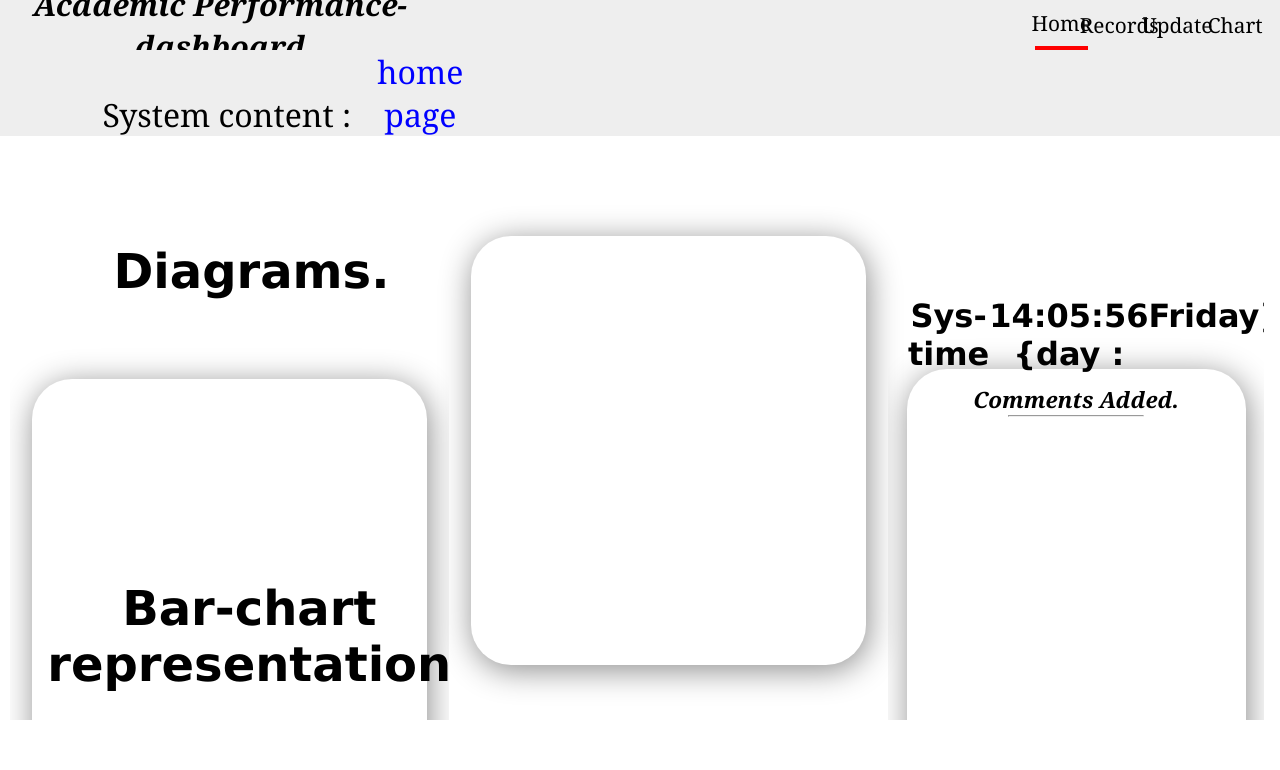
Repository: 3x3cu7er/Shax_001
Page: http://localhost/xmain/
An editor plug-in stored every save of this project. The page is shown before and after the next save, followed by the edit.
The browser window is 1280 px wide. The pictures show the whole page.
An inner scrolling area shows only its first screen. The page is served by the project's application, run on Django 4.2 (manage.py). Other server files are loaded and not shown.

Above is the page before, as saved 2024-01-19 18:14:33.
Console error (its wording comes from the project's code and is left out).

### _3x3c47er_Sino_sys/template/xmain.html
{% load static %}
<!DOCTYPE html>
<html lang="en">
  <head>
    <meta charset="UTF-8" />
    <meta name="viewport" content="width=device-width, initial-scale=1.0" />
    <title>...</title>
    <link rel="stylesheet" href="{% static '/css/xmain.css'%}" />
  </head>
  <body>
    <div class="container">
      <!-- navigation system -->
      <div class="nav">
        <div class="logo">
          <h5>Academic Performance-dashboard</h5>
          <a class="loc">show menu</a>
        </div>

        <div class="links">
          <a href="{% url 'xlanding'%}" class="under">Home</a>
          <a href="{% url 'temp_access_student'%}">Records</a>
          <a href="{% url 'xupdate'%}">Update</a>
          <a href="#later">Chart</a>
        </div>
      </div>
      <div class="elements">
        <a href="{% url 'xlanding'%}" class="under">Home</a>
        <a href="{% url 'temp_access_student'%}">Records</a>
        <a href="{% url 'xupdate'%}">Update</a>
        <a href="#later">Alerts</a>
      </div>
      <!-- platforms -->
      <div class="label">
        <h1>
          <p>System content :</p>
        </h1>
      </div>

      <div class="platforms">
        <!-- top section -->

        <div class="section" class="elements">
          <!-- right -->
          <div class="rigthSide">
            <div class="flex">
              <h4>Diagrams.</h4>
              <div class="data">
                <div class="graph">
                  <canvas id="net"></canvas>
                  <h4>Bar-chart representation</h4>
                </div>
              </div>
              <div class="data">
                <canvas id="tracking"></canvas>
              </div>
            </div>
          </div>
          <!-- middle -->
          <div class="middleContent">
            <div class="data" id="top">
              <div class="graph">
                <canvas id="pie"></canvas>
              </div>
            </div>
            <div class="data" id="bottom">
              <div class="graph">
                <canvas id="scatter"></canvas>
              </div>
            </div>
          </div>
          <!-- left -->

          <div class="leftSide">
            <div class="time">
              <h4>Sys-time</h4>
              <h4>
                <span class="hr">00</span>:<span class="min">00</span>:<span
                  class="sec"
                  >00</span
                >
                {day :
              </h4>
              <h4 class="dy">day</h4>
              <h4>}</h4>
            </div>
            <div class="data" id="comments">
              <h4>Comments Added.</h4>
              <hr />

              {% for content in comment%}
              <li class="id">
                <ol>
                  <div class="sub">{{content}}</div>
                </ol>
              </li>
              {%endfor%}
            </div>
          </div>
        </div>
        <div class="context">
          <div class="subCOntext">
            <div class="scroll">
              <!-- {% for item in sh%}
              <ul>
                {{item}}
              </ul>
              <br /><br />
              {%endfor%} -->
              <div class="part">
                <img src="/static/css/icons/spy.svg" alt="" />
                <h3>User -Summary.</h3>

                <hr />
                <h4>Total datasets : <span>{{tcourse}}</span></h4>
                <h4>
                  The plt<sub>id</sub> corresponds to the recordID in the corses
                  undertaken.
                </h4>
                <h4>
                  plt -<sup>-</sup>-<sub>-</sub> average performance for the
                  record.
                </h4>
              </div>
              <!-- <div class="part">
                <img src="/static/undraw_emails_re_cqen.svg" alt="" />
                <h3>Notification.</h3>
                <hr />
              </div> -->
              <div class="part">
                <img src="/static/css/icons/chart.svg" alt="" />
                <h3>Performance -Summary.</h3>
                <hr />
                <h4>Total score : <span>{{tcwa}}</span></h4>
                <h4>Your status : <span>{{com}}</span></h4>
              </div>
            </div>
          </div>
        </div>
        <div class="design">
          <div class="">
            <img src="/static/css/icons/academic.svg" alt="" />
            <h1>Records.</h1>
          </div>
          <div class="">
            <img src="/static/css/icons/main2.svg" alt="" />
            <h1>Predictions.</h1>
          </div>
        </div>
        <!-- student details -->
        <div class="section" id="details">
          <div class="details">
            <h4>Courses Undertaken</h4>
            <hr />
            <div class="table">
              <div class="thead">
                <div class="name">Record-ID</div>
                <div class="name">Course</div>
                <div class="name">Refrence</div>
                <div class="name">CWA</div>
              </div>

              {%for rec in record%}
              <div class="value">
                <h5>{{rec.recordID}}</h5>
                <h5>{{rec.course}}</h5>
                <h5>{{rec.reference}}</h5>
                <h5>{{rec.cwa}}</h5>
              </div>
              {%endfor%}

              <!-- <div class="all">

                <li>{{rec.semester}}</li>

              </div> -->
            </div>
          </div>
          <div class="details">
            <h4>Predictions for the student.</h4>
            <hr />

            <div class="prediction">
              <h5>{{predicted_score}}</h5>
              <h5>Total AVERAGE score :{{average}}<span>%</span>.</h5>

              <h5>Student would have :{{recommendation}} performance.</h5>
            </div>
            <!-- <div class="form">
              <h2>Comment Form</h2>
              <hr />
              <form action="" method="post">
                {% csrf_token %}
                <div class="formItem">
                  <label for="">Content ID :</label>
                  <input type="text" name="comID" placeholder="I D.." />
                </div>
                <div class="formItem">
                  <label for="">Label:</label>
                  <input type="text" name="label" placeholder="give label.." />
                </div>
                <div class="formItem">
                  <label for="">Main content :</label>
                  <textarea
                    name="message"
                    placeholder="Write to add to content."
                    id="writings"
                  ></textarea>
                </div>
                <div class="formItem">
                  <input type="submit" value="Add content" />
                </div>
              </form>
            </div> -->
          </div>
        </div>
        <!-- later -->
        <!-- <div class="search">
          <form action="" method="get">
            {% csrf_token %}
            <input
              type="text"
              placeholder="level.."
              name="request"
              id="search"
            />
            <input
              type="text"
              placeholder="semester.."
              name="semReq"
              id="search"
            />
            <input type="submit" value="Check" name="searchBtn" id="btn" />
          </form>
        </div> -->
        <div class="formContainer">
          <h1>Enter your user ID..</h1>
          <div class="search">
            <form action="" method="get">
              {% csrf_token %}
              <input
                type="text"
                placeholder="Student's  ID.."
                name="search"
                id="search"
              />
              <input type="submit" value="Check" name="searchBtn" id="btn" />
            </form>
          </div>
        </div>
        <div class="design">
          <div class="">
            <img src="/static/css/icons/analytics.svg" alt="" />
            <h1>Performance tracking.</h1>
            <hr />
          </div>
        </div>
        <div class="section" id="later">
          <!-- graph page -->
          <div class="graph">
            <canvas id="dataRep"></canvas>
          </div>
        </div>
      </div>
    </div>
    <script src="{% static '/js/time1.js'%}"></script>
    <script src="https://cdn.jsdelivr.net/npm/chart.js"></script>
    <script>
      const ctx = document.getElementById("dataRep");
      const pie = document.getElementById("pie");
      const scatter = document.getElementById("scatter");
      const tracking = document.getElementById("tracking");
      const net = document.getElementById("net");
      //pl1 = JSON.parse("{{pl1|escapejs}}");
      //pl2 = JSON.parse("{{fs2|escapejs}}");
      //ss1 = JSON.parse("{{ss1|escapejs}}");
      //ss2 = JSON.parse("{{ss2|escapejs}}");
      //ts1 = JSON.parse("{{ts1|escapejs}}");
      //ts2 = JSON.parse("{{ts2|escapejs}}");
      //fors1 = JSON.parse("{{fors1|escapejs}}");
      //fors2 = JSON.parse("{{fors2|escapejs}}");
      graphData = JSON.parse("{{graphData|escapejs}}");
      graphData1 = JSON.parse("{{graphData1|escapejs}}");
      const loca = document.querySelector(".loc");
      const elements = document.querySelector(".elements");

      // ########################
      loca.addEventListener("click", function () {
        elements.style.display = "block";
      });

      //line chart
      new Chart(ctx, {
        type: "line",
        data: {
          labels: [
            "plt1",
            "plt2",
            "plt3",
            "plt4",
            "plt5",
            "plt6",
            "plt7",
            "plt8",
            "plt9",
            "plt10",
            "plt11",
            "plt12",
            "plt13",
            "plt14",
            "plt15",
            "plt16",
            "plt17",
            "plt18",
            "plt19",
            "plt20",
            "plt21",
            "plt22",
            "plt23",
            "plt24",
            "plt25",
            "plt26",
            "plt27",
            "plt28",
            "plt29",
            "plt30",
            "plt31",
            "plt32",
            "plt33",
            "plt34",
            "plt35",
            "plt36",
            "plt37",
            "plt38",
            "plt39",
            "plt40",
            "plt41",
            "plt42",
            "plt43",
            "plt44",
            "plt45",
            "plt46",
            "plt47",
            "plt48",
            "plt49",
            "plt50",
            "plt51",
            "plt52",
            "plt53",
            "plt54",
            "plt55",
            "plt56",
            "plt57",
            "plt58",
            "plt59",
            "plt60",
          ],
          datasets: [
            {
              label: "Performance rate.",
              data: graphData,
              borderWidth: 1,
            },
          ],
        },
        options: {
          scales: {
            y: {
              beginAtZero: true,
            },
          },
        },
      });
      //net chart
      new Chart(net, {
        type: "bar",
        data: {
          labels: [
            "plt1",
            "plt2",
            "plt3",
            "plt4",
            "plt5",
            "plt6",
            "plt7",
            "plt8",
            "plt9",
            "plt10",
            "plt11",
            "plt12",
            "plt13",
            "plt14",
            "plt15",
            "plt16",
            "plt17",
            "plt18",
            "plt19",
            "plt20",
            "plt21",
            "plt22",
            "plt23",
            "plt24",
            "plt25",
            "plt26",
            "plt27",
            "plt28",
            "plt29",
            "plt30",
            "plt31",
            "plt32",
            "plt33",
            "plt34",
            "plt35",
            "plt36",
            "plt37",
            "plt38",
            "plt39",
            "plt40",
            "plt41",
            "plt42",
            "plt43",
            "plt44",
            "plt45",
            "plt46",
            "plt47",
            "plt48",
            "plt49",
            "plt50",
            "plt51",
            "plt52",
            "plt53",
            "plt54",
            "plt55",
            "plt56",
            "plt57",
            "plt58",
            "plt59",
            "plt60",
          ],
          datasets: [
            {
              label: "Performance rate.",
              data: graphData,
              borderWidth: 1,
            },
          ],
        },
        options: {
          scales: {
            y: {
              beginAtZero: true,
            },
          },
        },
      });
      //tracking chart
      new Chart(tracking, {
        type: "polarArea",
        data: {
          labels: [
            "plt1",
            "plt2",
            "plt3",
            "plt4",
            "plt5",
            "plt6",
            "plt7",
            "plt8",
            "plt9",
            "plt10",
            "plt11",
            "plt12",
            "plt13",
            "plt14",
            "plt15",
            "plt16",
            "plt17",
            "plt18",
            "plt19",
            "plt20",
            "plt21",
            "plt22",
            "plt23",
            "plt24",
            "plt25",
            "plt26",
            "plt27",
            "plt28",
            "plt29",
            "plt30",
            "plt31",
            "plt32",
            "plt33",
            "plt34",
            "plt35",
            "plt36",
            "plt37",
            "plt38",
            "plt39",
            "plt40",
            "plt41",
            "plt42",
            "plt43",
            "plt44",
            "plt45",
            "plt46",
            "plt47",
            "plt48",
            "plt49",
            "plt50",
            "plt51",
            "plt52",
            "plt53",
            "plt54",
            "plt55",
            "plt56",
            "plt57",
            "plt58",
            "plt59",
            "plt60",
          ],
          datasets: [
            {
              label: "Tracking",
              data: graphData,
              borderWidth: 1,
            },
          ],
        },
        options: {
          scales: {
            y: {
              beginAtZero: true,
            },
          },
        },
      });
      //pie
      new Chart(pie, {
        type: "doughnut",
        data: {
          labels: [
            "plt1",
            "plt2",
            "plt3",
            "plt4",
            "plt5",
            "plt6",
            "plt7",
            "plt8",
            "plt9",
            "plt10",
            "plt11",
            "plt12",
            "plt13",
            "plt14",
            "plt15",
            "plt16",
            "plt17",
            "plt18",
            "plt19",
            "plt20",
            "plt21",
            "plt22",
            "plt23",
            "plt24",
            "plt25",
            "plt26",
            "plt27",
            "plt28",
            "plt29",
            "plt30",
            "plt31",
            "plt32",
            "plt33",
            "plt34",
            "plt35",
            "plt36",
            "plt37",
            "plt38",
            "plt39",
            "plt40",
            "plt41",
            "plt42",
            "plt43",
            "plt44",
            "plt45",
            "plt46",
            "plt47",
            "plt48",
            "plt49",
            "plt50",
            "plt51",
            "plt52",
            "plt53",
            "plt54",
            "plt55",
            "plt56",
            "plt57",
            "plt58",
            "plt59",
            "plt60",
          ],
          datasets: [
            {
              label: "Oval display.",
              data: graphData,
              borderWidth: 1,
            },
          ],
        },
        options: {
          scales: {
            y: {
              beginAtZero: true,
            },
          },
        },
      });
      //scatter plot
      new Chart(scatter, {
        type: "scatter",
        data: {
          labels: [
            "plt1",
            "plt2",
            "plt3",
            "plt4",
            "plt5",
            "plt6",
            "plt7",
            "plt8",
            "plt9",
            "plt10",
            "plt11",
            "plt12",
            "plt13",
            "plt14",
            "plt15",
            "plt16",
            "plt17",
            "plt18",
            "plt19",
            "plt20",
            "plt21",
            "plt22",
            "plt23",
            "plt24",
            "plt25",
            "plt26",
            "plt27",
            "plt28",
            "plt29",
            "plt30",
            "plt31",
            "plt32",
            "plt33",
            "plt34",
            "plt35",
            "plt36",
            "plt37",
            "plt38",
            "plt39",
            "plt40",
            "plt41",
            "plt42",
            "plt43",
            "plt44",
            "plt45",
            "plt46",
            "plt47",
            "plt48",
            "plt49",
            "plt50",
            "plt51",
            "plt52",
            "plt53",
            "plt54",
            "plt55",
            "plt56",
            "plt57",
            "plt58",
            "plt59",
            "plt60",
          ],
          datasets: [
            {
              label: "Scattered display.",
              data: graphData,
              borderWidth: 1,
            },
          ],
        },
        options: {
          scales: {
            y: {
              beginAtZero: true,
            },
          },
        },
      });
    </script>
  </body>
</html>

### _3x3c47er_Sino_sys/_hadez_/views.py
from django.shortcuts import render

# Create your views here.
# system navs


def x1(request):
    return render(request, "xterminal.html")


# system navs
def x2(request):
    return render(request, "xupdate.html")


# system navs
def x3(request):
    return render(request, "xbase.html")


# system navs
def x4(request):
    return render(request, "xmain.html")


# system navs
def x5(request):
    return render(request, "sys_manage.html")


# system navs
def x6(request):
    return render(request, "root_parent.html")


# system navs
def x7(request):
    return render(request, "dash_content_overview.html")


# system navs
def x8(request):

    # if request.method == 'POST':
    #     uname = '*****'
    #     addr = 'account@mail.com'
    #     refnum = '**********'
    #     commentRef = request.POST.get('comID')
    #     label = request.POST.get('label')
    #     message = request.POST.get('message')
    #     newComment = comments(commentID=commentRef, label=label, details=message)
    #     newComment.save()

    if request.method == 'GET':
        uname = '*****'
        addr = 'account@mail.com'
        refnum = '**********'
        ref = request.GET.get('search')
        # users = userCredentials.objects.all()
        # for userAccount in users:
        #     if str(userAccount.referenceNumber) == str(ref):
        #         print('yh..')
        #         uname = userAccount.uname
        #         addr = userAccount.Address
        #         refnum = userAccount.referenceNumber

    return render(request, 'xlanding.html', {'uname':uname, 'addr':addr, 'refnum':refnum})


# system navs
def x9(request):
    return render(request, "xhome.html")


# system navs
def x10(request):
    return render(request, "board_confg.html")


# system navs
def x11(request):
    return render(request, "temp_access_stud.html")


# system navs
def x12(request):
    return render(request, "xactive.html")


# system navs
def x13(request):
    return render(request, "xplatform.html")


# system navs
def x14(request):
    return render(request, "sys_major.html")

### _3x3c47er_Sino_sys/_3x3c47er_Sino_sys/urls.py
"""_3x3c47er_Sino_sys URL Configuration

The `urlpatterns` list routes URLs to views. For more information please see:
    https://docs.djangoproject.com/en/4.0/topics/http/urls/
Examples:
Function views
    1. Add an import:  from my_app import views
    2. Add a URL to urlpatterns:  path('', views.home, name='home')
Class-based views
    1. Add an import:  from other_app.views import Home
    2. Add a URL to urlpatterns:  path('', Home.as_view(), name='home')
Including another URLconf
    1. Import the include() function: from django.urls import include, path
    2. Add a URL to urlpatterns:  path('blog/', include('blog.urls'))
"""
from django.contrib import admin
from django.urls import path, include

urlpatterns = [
    path('admin/', admin.site.urls),
    path("", include("_hadez_.urls")),
    path("xterminal/", include("_hadez_.urls")),
    path('main/', include('_hadez_.urls')),
    path('update-my-data/', include('_hadez_.urls')),
    path('records/', include('_hadez_.urls')),
    path('menu/', include('_hadez_.urls')),
    path('monitor/', include('_hadez_.urls')),
    path('platform/', include('_hadez_.urls')),
]

### _3x3c47er_Sino_sys/_hadez_/urls.py
from django.urls import path
from . import views
urlpatterns = [
    path("", views.x1, name="xterminal"),
    path("xterminal/", views.x1, name="xterminal"),
    path("xupdate/", views.x2, name="xupdate"),
    path("xbase/", views.x3, name="xbase"),
    path("xmain/", views.x4, name="xmain"),
    path("sys_manage/", views.x5, name="sys_manage"),
    path("root_parent/", views.x6, name="root_parent"),
    path("dash_content_overview/", views.x7, name="dash_content_overview"),
    path("xlanding/", views.x8, name="xlanding"),
    path("xhome/", views.x9, name="xhome"),
    path("board_confg/", views.x10 , name="board_confg"),
    path("temp_access_student/", views.x11 , name="temp_access_student"),
    path("xactive/", views.x12 , name="xactive"),
    path("xplatform/", views.x13 , name="xplatform"),
    path("sys_major/", views.x14 , name="sys_major"),
]

Loaded but not shown: _3x3c47er_Sino_sys/static/css/icons/academic.svg (1 lines, source omitted); _3x3c47er_Sino_sys/static/css/icons/chart.svg (1 lines, source omitted); _3x3c47er_Sino_sys/static/css/icons/analytics.svg (1 lines, source omitted); _3x3c47er_Sino_sys/static/css/icons/main2.svg (1 lines, source omitted); _3x3c47er_Sino_sys/static/css/icons/spy.svg (1 lines, source omitted); _3x3c47er_Sino_sys/static/js/time1.js (52 lines, source omitted); _3x3c47er_Sino_sys/static/css/xmain.css (930 lines, source omitted)

After the next save:
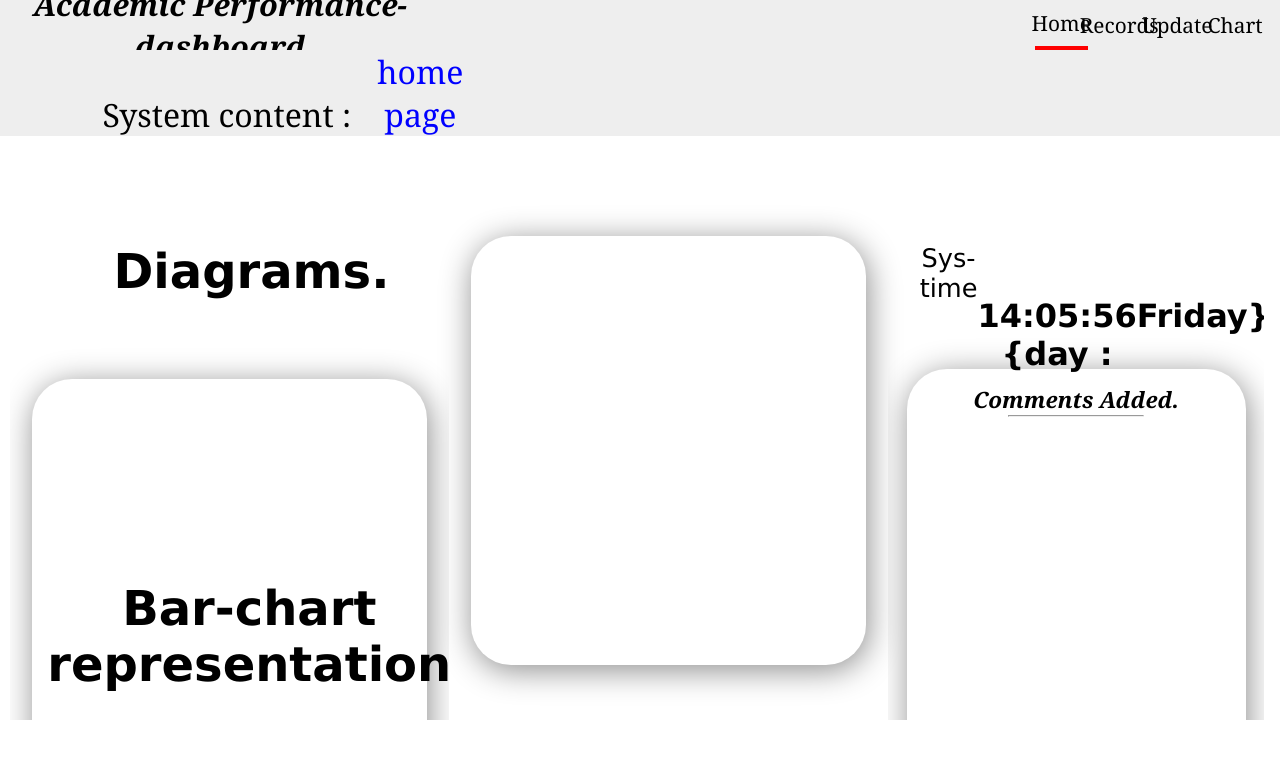
Saved 14 s later.
--- a/_3x3c47er_Sino_sys/template/xmain.html
+++ b/_3x3c47er_Sino_sys/template/xmain.html
@@ -72,7 +72,7 @@
 
           <div class="leftSide">
             <div class="time">
-              <h4>Sys-time</h4>
+              Sys-time
               <h4>
                 <span class="hr">00</span>:<span class="min">00</span>:<span
                   class="sec"
